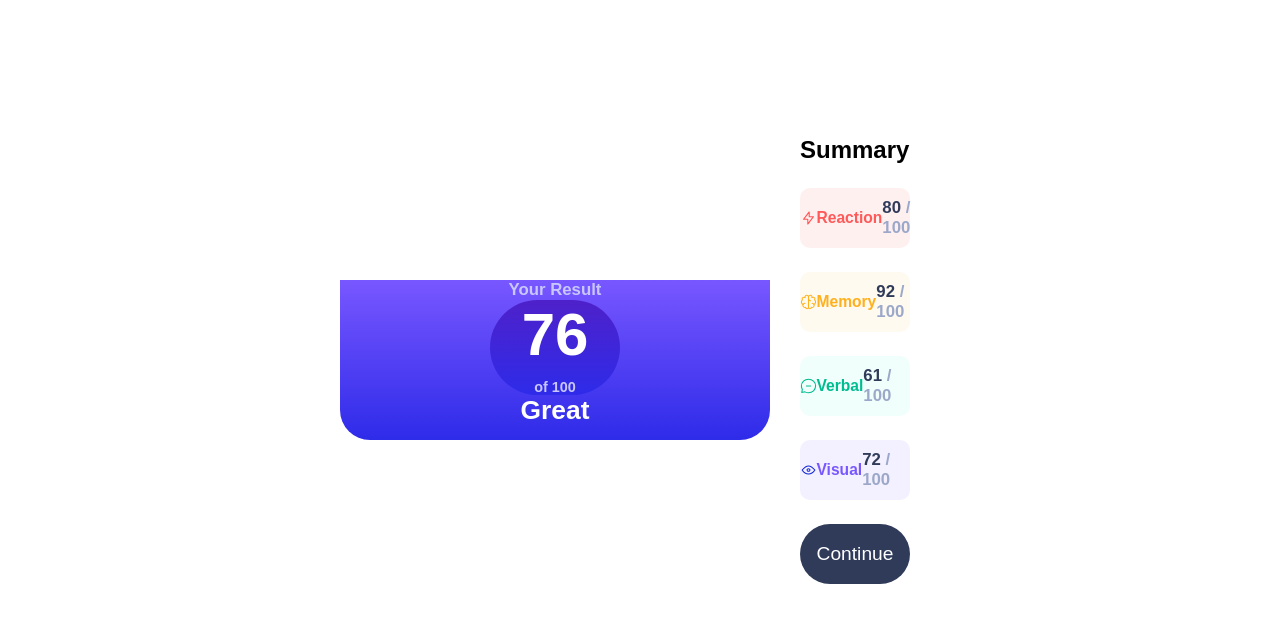
Repository: limaneto/frontend-mentor-results-summary
Page: index.html
An editor plug-in stored every save of this project. The page is shown before and after the next save, followed by the edit.
The browser window is 1280 px wide. The pictures show the whole page.

Above is the page before, as saved 2023-11-06 10:32:33.

### index.html
<!DOCTYPE html>
<html lang="en">
  <head>
    <meta charset="UTF-8">
    <meta name="viewport" content="width=device-width, initial-scale=1.0">
    <link rel="stylesheet" href="style.css">
  </head>
  <body>
    <main>
      <section id='result'>
        <h1>Your Result</h1>
        <span id='score'>
          <h2>76</h2>
          <h3>of 100</h3>
        </span>
        <span id='score-message'>
          <h4>Great</h4>
          <h5>You scored higher than 65% of the people who have taken these tests.</h5>
        </span>
      </section>
      <summary>
        <h2>Summary</h2>
        <ul>
          <li id='reaction'>
            <img id='icons' src="./assets/images/icon-reaction.svg" alt="Lightning">
            Reaction
            <span>
              80 <span>/ 100</span>
            </span>
          </li>
          <li id='memory'>
            <img id='icons' src="./assets/images/icon-memory.svg" alt="Brain">
            Memory
            <span>
              92 <span>/ 100</span>
            </span>
          </li>
          <li id='verbal'>
            <img id='icons' src="./assets/images/icon-verbal.svg" alt="Cloud">
            Verbal
            <span>
              61 <span>/ 100</span>
            </span>
          </li>
          <li id='visual'>
            <img id='icons' src="./assets/images/icon-visual.svg" alt="Eye">
            Visual
            <span>
              72 <span>/ 100</span>
            </span>
          </li>
        </ul>
        <button>Continue</button>
      </summary>
    </main>
  </body>
</html>

### style.css
:root {
  --red: #ff5959;
  --orangey:	#ffb01f;
  --green: #00bd91;
  --blue: #1125d4;
  --pale-blue: #ebf1ff;
  --white: #ffffff;
  --dark-gray-blue: #303b5a;
  --lavender: #c8c7ff;
  --g-slate-blue: #7857ff;
  --g-royal-blue: #2e2be9;
  --g-violet-blue: #4e21ca;
  --g-persian-blue: #2421ca;
}

@font-face {
  font-family: 'HankenGrotesk', sans-serif;
  src: url(./assets/fonts//HankenGrotesk-VariableFont_wght.ttf);
}

* {
  box-sizing: border-box;
  margin: 0;
  padding: 0;
}

html, body {
  font-size: 62.5%;
  font-family: 'HankenGrotesk', sans-serif;
  height: 100vh;
  width: 100vw;
}

li {
  display: block;
}

main {
  height: 100%;
  width: 100%;
}

section {
  display: flex;
  flex-direction: column;
  align-items: center;
  justify-content: space-evenly;
  height: 40%;
  background: linear-gradient(0deg, var(--g-royal-blue), var(--g-slate-blue));
  border-bottom-left-radius: 30px;
  border-bottom-right-radius: 30px;
  color: var(--white);
}

section > h1 {
  font-size: 1.4rem;
  color: var(--lavender);
}

#score {
  display: flex;
  flex-direction: column;
  justify-content: center;
  gap: 10px;
  text-align: center;
  height: 130px;
  width: 130px;
  border-radius: 6rem;
  background: linear-gradient(180deg, var(--g-violet-blue), var(--g-royal-blue));
}

#score > h2 {
  font-size: 2rem;
  font-size: 5rem;
}

#score > h3 {
  font-size: 1.2rem;
  color: var(--lavender);
}

#score-message {
  height: 60px;
  text-align: center;
}

#score-message > h4 {
  font-size: 2.2rem;
}

#score-message > h5 {
  padding: 10px 4rem;
  line-height: 2.2rem;
  font-size: 1.5rem;
  font-weight: 400;
  margin-bottom: 10px;
}

summary {
  padding: 30px;
}

summary > h2 {
  font-size: 2rem;
}

summary > ul > li {
  font-size: 1.3rem;
  font-weight: bold;
  display: flex;
  align-items: center;
  width: 100%;
  height: 60px;
  border-radius: 10px;
  background-color: #00bd91;
  margin: 24px 0;
}

#reaction {
  color: var(--red);
  background-color: hsl(0, 100%, 97%);
}

#memory {
  color: var(--orangey);
  background-color: hsl(39, 100%, 97%);
}

#verbal {
  color: var(--green);
  background-color: hsl(166, 100%, 97%);
}

#visual {
  color: var(--g-slate-blue);
  background-color: hsl(252, 100%, 97%);
}

#icons {
  width: 15%;
  height: 2.2rem;
}

li > span {
  color: var(--dark-gray-blue);
  font-size: 1.4rem;
  margin-right: 1.3rem;
  margin-left: auto;
}

li > span > span {
  color: hsl(224, 30%, 70%);
}

summary > button {
  background-color: var(--dark-gray-blue);
  width: 100%;
  height: 60px;
  color: var(--white);
  border: none;
  border-radius: 3.2rem;
  font-size: 1.6rem;
}

@media screen and (min-width: 768px) {
  html, body {
    display: flex;
    align-items: center;
    justify-content: center;
    font-size: 75%;
  }

  main {
    max-width: 600px;
    max-height: 400px;
    display: flex;
    align-items: center;
    justify-content: center;
  }

}

After the next save:
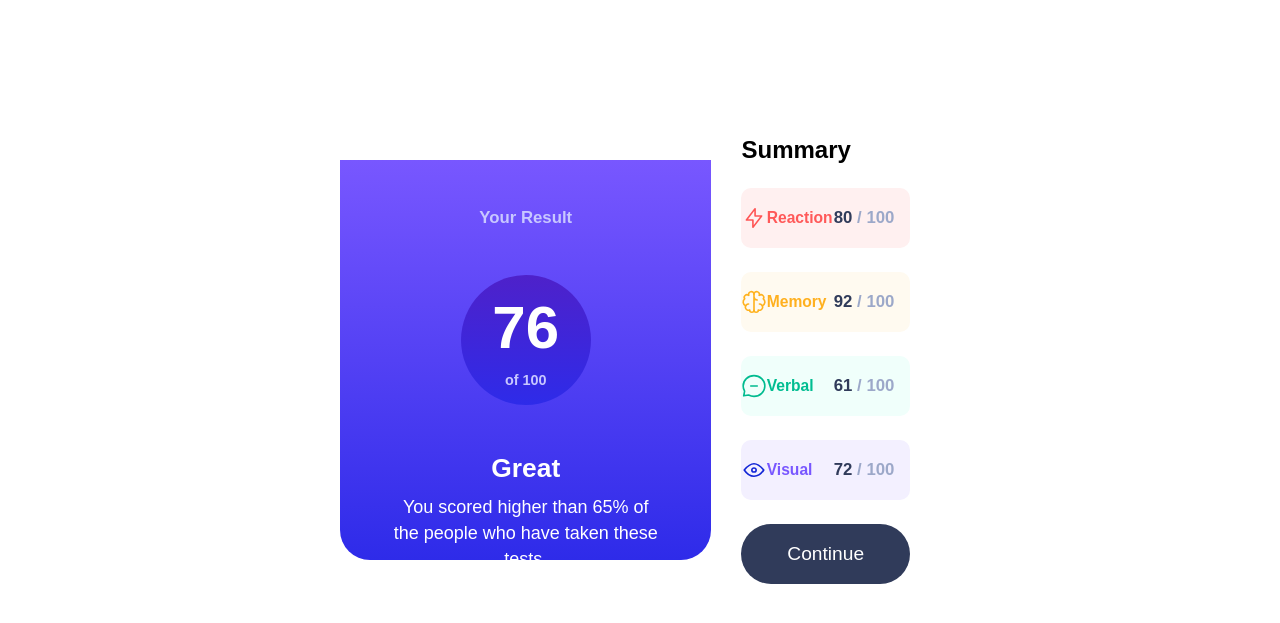
Saved 69 s later.
--- a/style.css
+++ b/style.css
@@ -178,4 +178,9 @@ summary > button {
     justify-content: center;
   }
 
+  section {
+    flex: 1;
+    height: 100%;
+  }
+
 }
